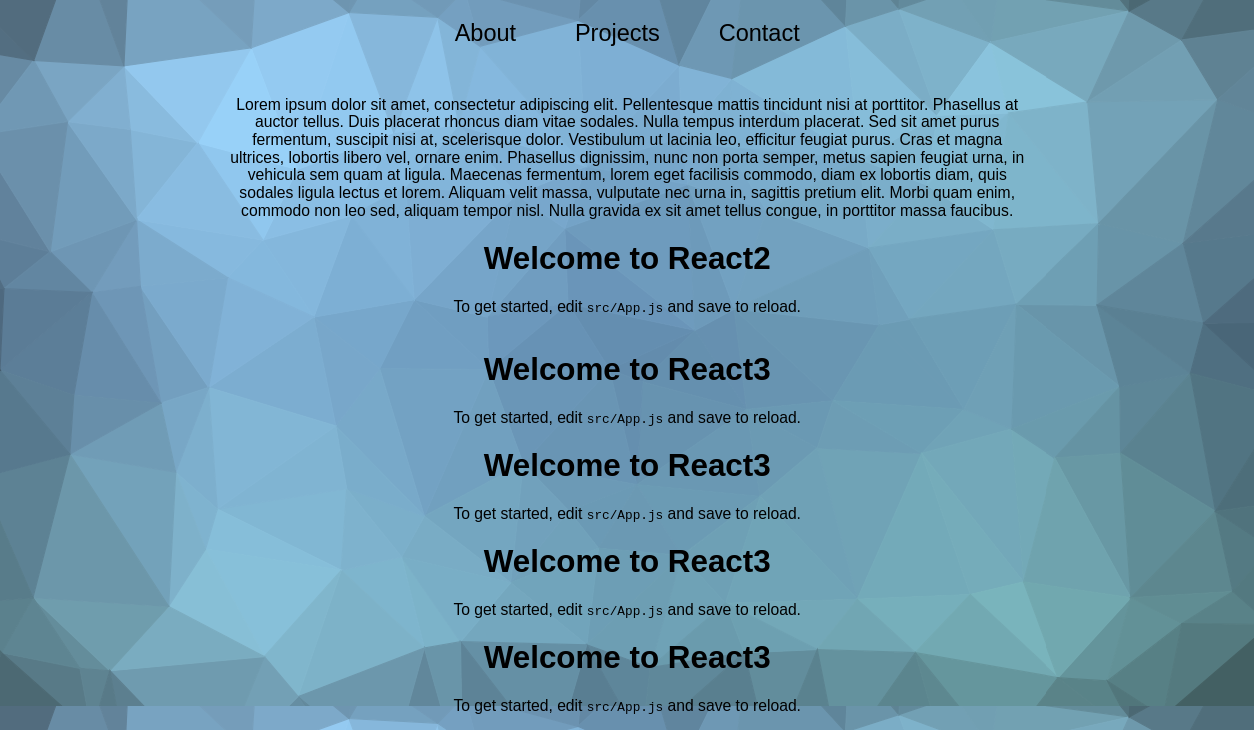
Repository: jordanCain/Education
Page: /
The author's editor kept a copy of each file at every save. The page is drawn from the files as they stood at one save, then again after the next save.
The browser window is 1280 px wide. The pictures show the whole page, at 98% of full size.
Backgrounds fixed to the window are drawn as part of the page. The project was rebuilt for these pictures with package versions that can differ from the ones it lists, and the page was loaded fresh each time.

Above is the page before, as saved 2018-07-16 21:50:46.

### src/index.js
import React from 'react';
import ReactDOM from 'react-dom';
import './style.css';
import App from './App';
import registerServiceWorker from './registerServiceWorker';

ReactDOM.render(<App />, document.getElementById('root'));
registerServiceWorker();

### src/style.css
body {
  margin: 0;
  padding: 0;
  font-family: sans-serif;
  background: url(./images/background.svg) no-repeat center center fixed;
  background-size: cover;
  text-align: center;
}

.App {
  width: 80%;
  display: inline-block;
}

#header {
  margin-top: 20px;
  margin-bottom: 50px;
  font-size: 1.5em
}

.menuItem {
  margin: 30px
}

### src/App.js
import React, { Component } from 'react';
import NavBar from './views/NavBar';
import About from './views/About';
import Projects from './views/Projects';
import Contact from './views/Contact';

class App extends Component {
	render() {
		return (
			<div className="App">
				<NavBar />
				<About />
				<Projects />
				<Contact />
			</div>
		);
	}
}

export default App;

### src/views/NavBar.js
import React from 'react';
import pageIDs from '../constants/pageIDs';

class NavBar extends React.Component{
    render(){
        return(
        <div id="header">
            <span
                className="menuItem"
                onClick={() => { document.getElementById(pageIDs.about).scrollIntoView()}}>
                About
            </span>
            <span
                className="menuItem"
                onClick={() => { document.getElementById(pageIDs.projects).scrollIntoView()}}>
                Projects
            </span>
            <span
                className="menuItem"
                onClick={() => { document.getElementById(pageIDs.contact).scrollIntoView()}}>
                Contact
            </span>
        </div>
        );
    }
}

export default NavBar;

### src/views/About.js
import React from 'react';
import pageIDs from '../constants/pageIDs';

class Page1 extends React.Component {
    render() {
        return(
            <div className="App" id={pageIDs.about}>
                Lorem ipsum dolor sit amet, consectetur adipiscing elit. Pellentesque mattis tincidunt nisi at porttitor. Phasellus at auctor tellus. Duis placerat rhoncus diam vitae sodales. Nulla tempus interdum placerat. Sed sit amet purus fermentum, suscipit nisi at, scelerisque dolor. Vestibulum ut lacinia leo, efficitur feugiat purus. Cras et magna ultrices, lobortis libero vel, ornare enim. Phasellus dignissim, nunc non porta semper, metus sapien feugiat urna, in vehicula sem quam at ligula. Maecenas fermentum, lorem eget facilisis commodo, diam ex lobortis diam, quis sodales ligula lectus et lorem. Aliquam velit massa, vulputate nec urna in, sagittis pretium elit. Morbi quam enim, commodo non leo sed, aliquam tempor nisl. Nulla gravida ex sit amet tellus congue, in porttitor massa faucibus.
            </div>
        )
    }
}

export default Page1;

### src/views/Projects.js
import React from 'react';
import pageIDs from '../constants/pageIDs';

class Page2 extends React.Component {
    render() {
        return(
            <div className="App" id={pageIDs.projects}>
                <header className="App-header">
                <h1 className="App-title">Welcome to React2</h1>
                </header>
                <p className="App-intro">
                To get started, edit <code>src/App.js</code> and save to reload.
                </p>
            </div>
        )
    }
}

export default Page2;

### src/views/Contact.js
import React from 'react';
import pageIDs from '../constants/pageIDs';

class Page3 extends React.Component {
    render() {
        return(
            <div className="App" id={pageIDs.contact}>
                <header className="App-header">
                <h1 className="App-title">Welcome to React3</h1>
                </header>
                <p className="App-intro">
                To get started, edit <code>src/App.js</code> and save to reload.
                </p>
                <header className="App-header">
                <h1 className="App-title">Welcome to React3</h1>
                </header>
                <p className="App-intro">
                To get started, edit <code>src/App.js</code> and save to reload.
                </p>
                <header className="App-header">
                <h1 className="App-title">Welcome to React3</h1>
                </header>
                <p className="App-intro">
                To get started, edit <code>src/App.js</code> and save to reload.
                </p>
                <header className="App-header">
                <h1 className="App-title">Welcome to React3</h1>
                </header>
                <p className="App-intro">
                To get started, edit <code>src/App.js</code> and save to reload.
                </p>
            </div>
        )
    }
}

export default Page3;

### src/constants/pageIDs.json
{
    "about": "ABOUT",
    "projects": "PROJECTS",
    "contact": "CONTACT"
}

Loaded but not shown: public/index.html (common file); src/registerServiceWorker.js (common file)

After the next save:
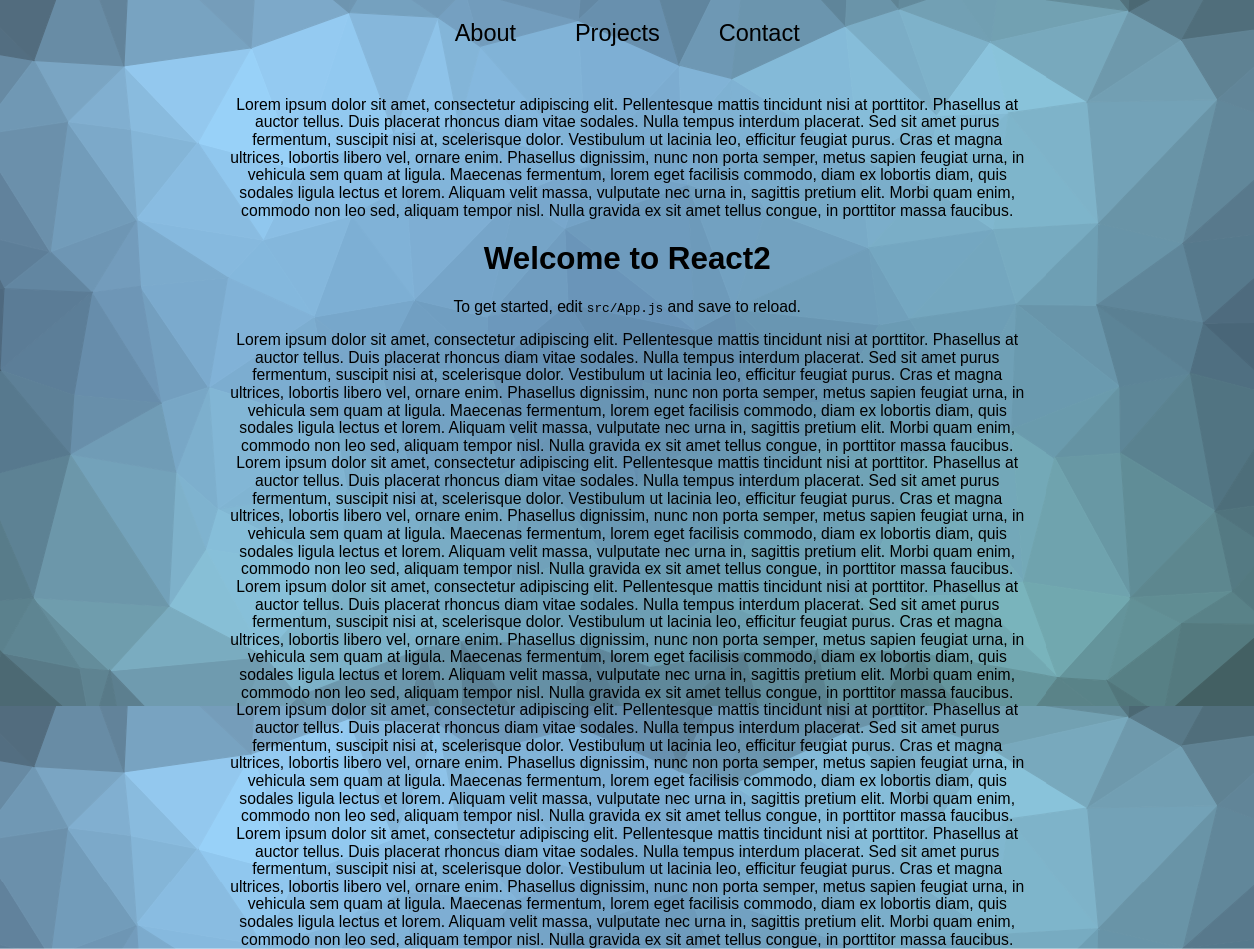
Saved 10 min 7 s later.
--- a/src/views/Contact.js
+++ b/src/views/Contact.js
@@ -5,30 +5,11 @@
     render() {
         return(
             <div className="App" id={pageIDs.contact}>
-                <header className="App-header">
-                <h1 className="App-title">Welcome to React3</h1>
-                </header>
-                <p className="App-intro">
-                To get started, edit <code>src/App.js</code> and save to reload.
-                </p>
-                <header className="App-header">
-                <h1 className="App-title">Welcome to React3</h1>
-                </header>
-                <p className="App-intro">
-                To get started, edit <code>src/App.js</code> and save to reload.
-                </p>
-                <header className="App-header">
-                <h1 className="App-title">Welcome to React3</h1>
-                </header>
-                <p className="App-intro">
-                To get started, edit <code>src/App.js</code> and save to reload.
-                </p>
-                <header className="App-header">
-                <h1 className="App-title">Welcome to React3</h1>
-                </header>
-                <p className="App-intro">
-                To get started, edit <code>src/App.js</code> and save to reload.
-                </p>
+                Lorem ipsum dolor sit amet, consectetur adipiscing elit. Pellentesque mattis tincidunt nisi at porttitor. Phasellus at auctor tellus. Duis placerat rhoncus diam vitae sodales. Nulla tempus interdum placerat. Sed sit amet purus fermentum, suscipit nisi at, scelerisque dolor. Vestibulum ut lacinia leo, efficitur feugiat purus. Cras et magna ultrices, lobortis libero vel, ornare enim. Phasellus dignissim, nunc non porta semper, metus sapien feugiat urna, in vehicula sem quam at ligula. Maecenas fermentum, lorem eget facilisis commodo, diam ex lobortis diam, quis sodales ligula lectus et lorem. Aliquam velit massa, vulputate nec urna in, sagittis pretium elit. Morbi quam enim, commodo non leo sed, aliquam tempor nisl. Nulla gravida ex sit amet tellus congue, in porttitor massa faucibus.
+                Lorem ipsum dolor sit amet, consectetur adipiscing elit. Pellentesque mattis tincidunt nisi at porttitor. Phasellus at auctor tellus. Duis placerat rhoncus diam vitae sodales. Nulla tempus interdum placerat. Sed sit amet purus fermentum, suscipit nisi at, scelerisque dolor. Vestibulum ut lacinia leo, efficitur feugiat purus. Cras et magna ultrices, lobortis libero vel, ornare enim. Phasellus dignissim, nunc non porta semper, metus sapien feugiat urna, in vehicula sem quam at ligula. Maecenas fermentum, lorem eget facilisis commodo, diam ex lobortis diam, quis sodales ligula lectus et lorem. Aliquam velit massa, vulputate nec urna in, sagittis pretium elit. Morbi quam enim, commodo non leo sed, aliquam tempor nisl. Nulla gravida ex sit amet tellus congue, in porttitor massa faucibus.
+                Lorem ipsum dolor sit amet, consectetur adipiscing elit. Pellentesque mattis tincidunt nisi at porttitor. Phasellus at auctor tellus. Duis placerat rhoncus diam vitae sodales. Nulla tempus interdum placerat. Sed sit amet purus fermentum, suscipit nisi at, scelerisque dolor. Vestibulum ut lacinia leo, efficitur feugiat purus. Cras et magna ultrices, lobortis libero vel, ornare enim. Phasellus dignissim, nunc non porta semper, metus sapien feugiat urna, in vehicula sem quam at ligula. Maecenas fermentum, lorem eget facilisis commodo, diam ex lobortis diam, quis sodales ligula lectus et lorem. Aliquam velit massa, vulputate nec urna in, sagittis pretium elit. Morbi quam enim, commodo non leo sed, aliquam tempor nisl. Nulla gravida ex sit amet tellus congue, in porttitor massa faucibus.
+                Lorem ipsum dolor sit amet, consectetur adipiscing elit. Pellentesque mattis tincidunt nisi at porttitor. Phasellus at auctor tellus. Duis placerat rhoncus diam vitae sodales. Nulla tempus interdum placerat. Sed sit amet purus fermentum, suscipit nisi at, scelerisque dolor. Vestibulum ut lacinia leo, efficitur feugiat purus. Cras et magna ultrices, lobortis libero vel, ornare enim. Phasellus dignissim, nunc non porta semper, metus sapien feugiat urna, in vehicula sem quam at ligula. Maecenas fermentum, lorem eget facilisis commodo, diam ex lobortis diam, quis sodales ligula lectus et lorem. Aliquam velit massa, vulputate nec urna in, sagittis pretium elit. Morbi quam enim, commodo non leo sed, aliquam tempor nisl. Nulla gravida ex sit amet tellus congue, in porttitor massa faucibus.
+                Lorem ipsum dolor sit amet, consectetur adipiscing elit. Pellentesque mattis tincidunt nisi at porttitor. Phasellus at auctor tellus. Duis placerat rhoncus diam vitae sodales. Nulla tempus interdum placerat. Sed sit amet purus fermentum, suscipit nisi at, scelerisque dolor. Vestibulum ut lacinia leo, efficitur feugiat purus. Cras et magna ultrices, lobortis libero vel, ornare enim. Phasellus dignissim, nunc non porta semper, metus sapien feugiat urna, in vehicula sem quam at ligula. Maecenas fermentum, lorem eget facilisis commodo, diam ex lobortis diam, quis sodales ligula lectus et lorem. Aliquam velit massa, vulputate nec urna in, sagittis pretium elit. Morbi quam enim, commodo non leo sed, aliquam tempor nisl. Nulla gravida ex sit amet tellus congue, in porttitor massa faucibus.
             </div>
         )
     }
